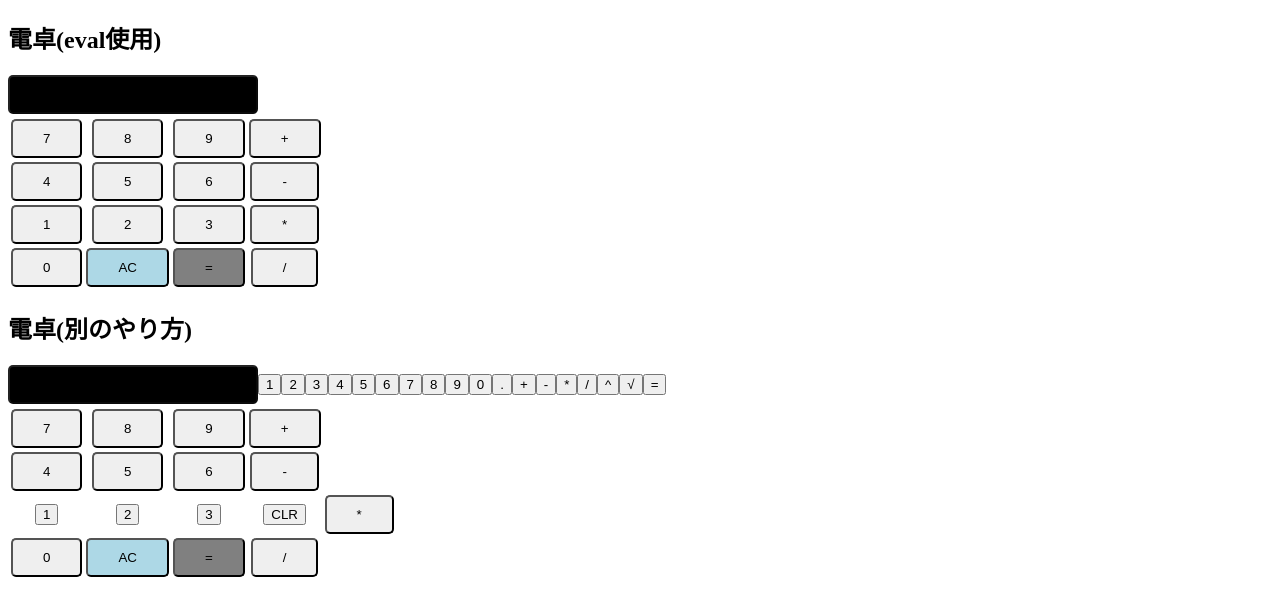
Repository: syokaturyou/potepan
Page: dentaku.html
The author's editor kept a record of every edit. The page is drawn from the files as they stood at one moment, then again after the next edit.
The browser window is 1280 px wide. The pictures show the whole page.

Above is the page before.

### dentaku.html
   <!DOCTYPE html>
    <html lang="en">
      <head>
        <meta charset="utf-8">
        <link rel="stylesheet" href="css/main.css">
        <title>電卓</title>
        <script src="javascript/jquery.min.js"></script>
        <script type="text/javascript" src="javascript/main.js" charset="utf-8"></script>
      </head>

      <body>
        <form name="dentaku">
        <h2>電卓(eval使用)</h2>
          <table>
          <tr>
            <input type="button" class="display" name="display" value="" disabled>
          </tr>
          <tr>
            <th><input type="button" value="7" onclick="get_calc(this)"></th>
            <th><input type="button" value="8" onclick="get_calc(this)"></th>
            <th><input type="button" value="9" onclick="get_calc(this)"></th>
            <th><input type="button" class="operator" value="+" onclick="get_calc(this)"></th>
          </tr>
          <tr>
            <th><input type="button" value="4" onclick="get_calc(this)"></th>
            <th><input type="button" value="5" onclick="get_calc(this)"></th>
            <th><input type="button" value="6" onclick="get_calc(this)"></input></th>
            <th><input type="button" class="operator" value="-" onclick="get_calc(this)"></th>
          </tr>
          <tr>
            <th><input type="button" value="1" onclick="get_calc(this)"></th>
            <th><input type="button" value="2" onclick="get_calc(this)"></th>
            <th><input type="button" value="3" onclick="get_calc(this)"></th>
            <th><input type="button" class="operator" value="*" name="multi_btn" onclick="get_calc(this)"></th>
          </tr>
          <tr>
            <th><input type="button" value="0" onclick="get_calc(this)"></th>
            <th><input type="button" class="ac" value="AC" onclick="get_calc(this)"></th>
            <th><input type="button" class="equal" value="=" onclick="get_calc(this)"></th>
            <th><input type="button" class="operator" value="/" name="div_btn" onclick="get_calc(this)"></th>
          </tr>
        </table>
        </form>


        <h2>電卓(別のやり方)</h2>
        <table>
          <tr>
            <input type="button" class="display" name="display" value="" disabled>
          </tr>
          <tr>
            <th><input type="button" value="7"></th>
            <th><input type="button" value="8"></th>
            <th><input type="button" value="9"></th>
            <th><input type="button" class="operator" value="+"></th>
          </tr>
          <tr>
            <th><input type="button" value="4"></th>
            <th><input type="button" value="5"></th>
            <th><input type="button" value="6"></input></th>
            <th><input type="button" class="operator" value="-"></th>
          </tr>
          <tr>
            <th><button onclick="document.querySelector( 'input' ).value += '1' " >1</button></th>
            <th><button onclick="document.querySelector( 'input' ).value += '2' " >2</button></th>
            <th><button onclick="document.querySelector( 'input' ).value += '3' " >3</button></th>
            <th><button onclick="document.querySelector( 'input' ).value = '' " >CLR</button></th>


             <button onclick="append( '1' )" >1</button>
            <button onclick="append( '2' )" >2</button>
            <button onclick="append( '3' )" >3</button>
            <button onclick="append( '4' )" >4</button>
            <button onclick="append( '5' )" >5</button>
            <button onclick="append( '6' )" >6</button>
            <button onclick="append( '7' )" >7</button>
            <button onclick="append( '8' )" >8</button>
            <button onclick="append( '9' )" >9</button>
    <button onclick="append( '0' )" >0</button>
    <button onclick="append( '.' )" >.</button>
    <button onclick="append( '+' )" >+</button>
    <button onclick="append( '-' )" >-</button>
    <button onclick="append( '*' )" >*</button>
    <button onclick="append( '/' )" >/</button>
    <button onclick="append( '**' )" >^</button>
    <button onclick="append( '**0.5' )" >√</button>

    <button onclick="calc()" >=</button>

            <th><input type="button" class="operator" value="*" name="multi_btn"></th>
          </tr>
          <tr>
            <th><input type="button" value="0"></th>
            <th><input type="button" class="ac" value="AC"></th>
            <th><input type="button" class="equal" value="="></th>
            <th><input type="button" class="operator" value="/" name="div_btn"></th>
          </tr>
        </table>

      </body>
    </html>

### css/main.css
table{
  background-color: white;
}
/*h4{*/
/*  width: 300px;*/
/*  color: white;*/
/*  background-color: black;*/
/*}*/
 input {
  padding: 10px 30px;
  border-radius: 5px;
}

.display {
      width: 250px;
      text-align: right; /* 文字を右詰めに */
      background: black;
      color: white;
}
.plus{
    background-color: lightgreen;
}
.minus{
    background-color: lightgreen;
}
.kakeru{
    background-color: lightgreen;
}
.waru{
    background-color: lightgreen;
}
.equal{
    background-color: gray;
}
.ac{
    background-color: lightblue;
}

### javascript/main.js

     function get_calc(btn) {
      if(btn.value == "=") {
        document.dentaku.display.value = eval(document.dentaku.display.value);
      } else if (btn.value == "AC") {
        document.dentaku.display.value = "";
      } else {
        document.dentaku.display.value += btn.value;
      }
    };

    //   function get_calc(btn) {
    //   if(btn.value == "=") {
    //     document.dentaku.display.value = eval(document.dentaku.display.value);
    //   } else if (btn.value == "AC") {
    //     document.dentaku.display.value = "";
    //   } else {
    //     if (btn.value == "×") {
    //       btn.value = "*";
    //     } else if (btn.value == "÷") {
    //       btn.value = "/";
    //     }
    //     document.dentaku.display.value += btn.value;
    //     document.dentaku.multi_btn.value = "×";
    //     document.dentaku.div_btn.value = "÷";
    //   }
    // };



     // $(document).ready(function(){
  //     $(".button0").click(function() {
  //     let value = $(".button0").text(); //テキストを取得し変数に入れています
  //     $(".target").text(value); //テキストを変更する処理
  //     });

  //     $(".button1").click(function() {
  //     let value1 = 1;
  //     let value = value + value1
  //     $(".target").text(value);
  //     });

  //     $(".button2").click(function() {
  //     let value2 = 2;
  //     let value = value + value2
  //      $(".target").text(value);
  //     });

  //     $(".button3").click(function() {
  //     let value = 3;
  //      $(".target").text(value);
  //     });

  //     $(".button4").click(function() {
  //     let value = 4;
  //      $(".target").text(value);
  //     });

  //     $(".button5").click(function() {
  //     let value = $(".button5").number();
  //      $(".target").number(value);
  //     });

  //     $(".button6").click(function() {
  //     let value = $(".button6").text();
  //      $(".target").text(value);
  //     });

  //     $(".button7").click(function() {
  //     let value = $(".button7").text();
  //      $(".target").text(value);
  //     });

  //     $(".button8").click(function() {
  //     let value = $(".button8").text();
  //      $(".target").text(value);
  //     });

  //     $(".button9").click(function() {
  //     let value = $(".button9").text();
  //      $(".target").text(value);
  //     });

  //     $(".buttonreset").click(function() {
  //      $(".target").text(0);
  //     });

  // });

Loaded but not shown: javascript/jquery.min.js (library)

After the next edit:
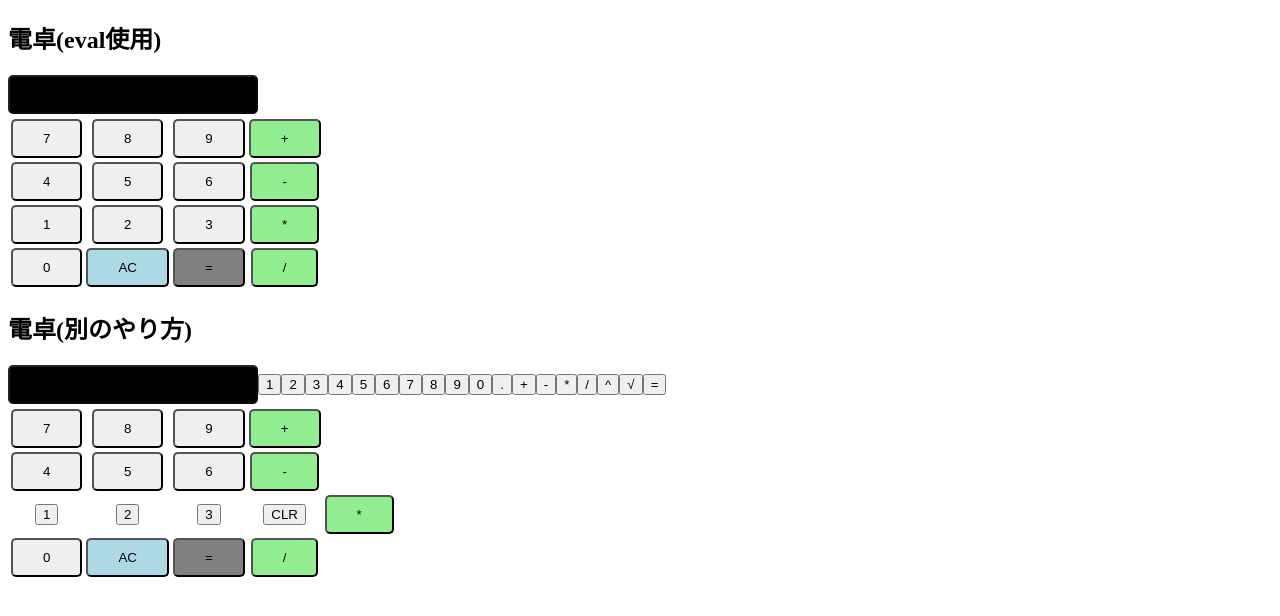
The edit:
--- a/css/main.css
+++ b/css/main.css
@@ -17,16 +17,8 @@
       background: black;
       color: white;
 }
-.plus{
-    background-color: lightgreen;
-}
-.minus{
-    background-color: lightgreen;
-}
-.kakeru{
-    background-color: lightgreen;
-}
-.waru{
+
+.operator{
     background-color: lightgreen;
 }
 .equal{
